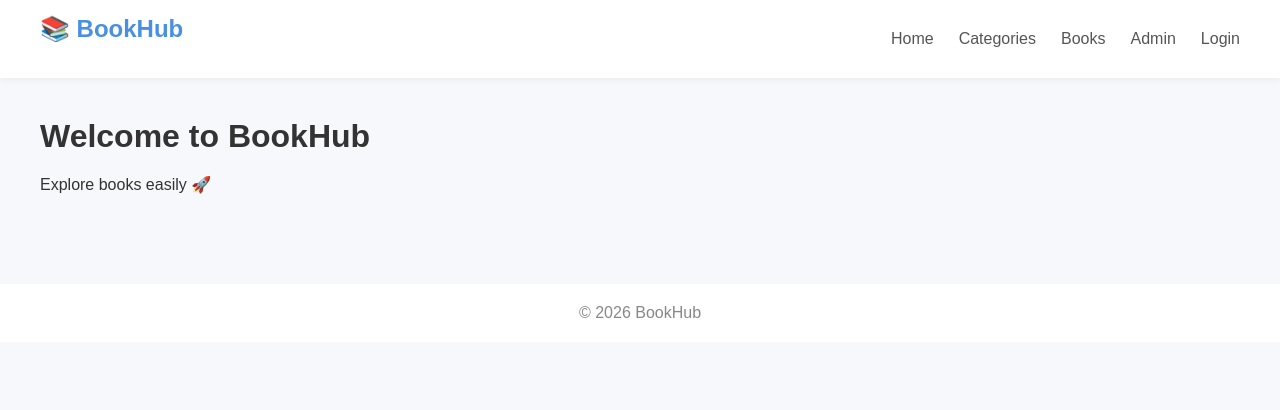
Repository: kparunsagar/Bookhub
Page: http://localhost/
The author's editor kept a copy of each file at every save. The page is drawn from the files as they stood at one save, then again after the next save.
The browser window is 1280 px wide. The pictures show the whole page.
The page is served by the project's application, run on Flask 3 (app.py).

Above is the page before, as saved 2026-05-04 21:00:44.

After the next save:
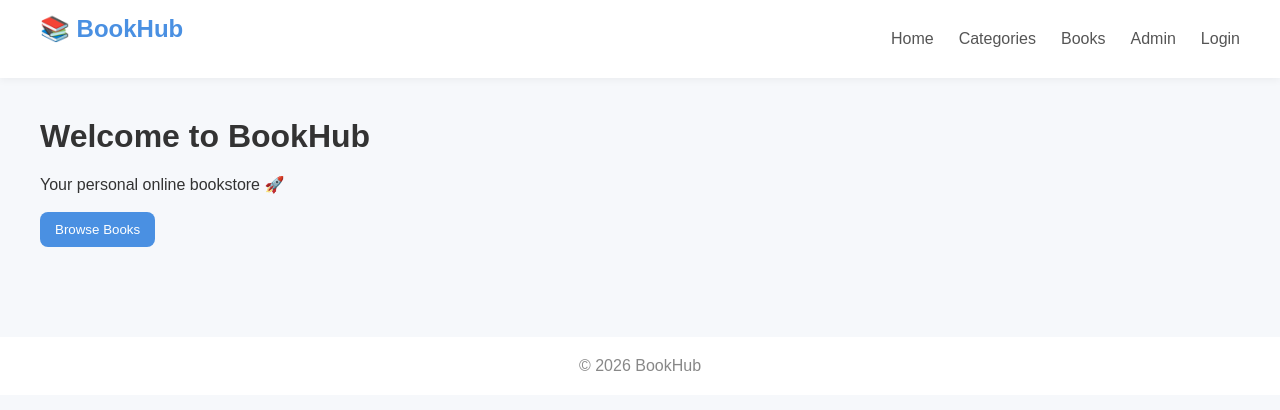
Saved 16 s later.
--- a/templates/home.html
+++ b/templates/home.html
@@ -1,6 +1,13 @@
+{% extends "base.html" %}
 
-{% extends "base.html" %}
 {% block content %}
 <h1>Welcome to BookHub</h1>
-<p>Explore books easily 🚀</p>
+<p>Your personal online bookstore 🚀</p>
+
+<br>
+
+<a href="/books">
+    <button>Browse Books</button>
+</a>
+
 {% endblock %}
